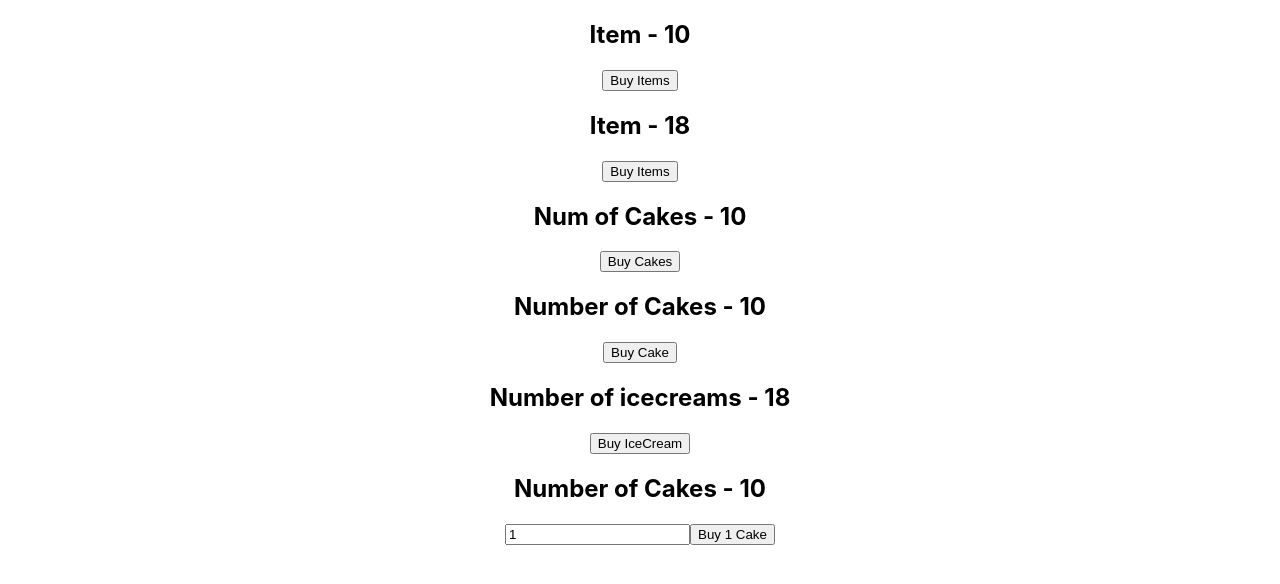
Repository: hardikaureate/react-redux-demo-axios
Page: /
These files come from the project's save history. The page is drawn as it stood at one moment and after the next save; the edit follows.
The browser window is 1280 px wide. The pictures show the whole page.
The project was rebuilt for these pictures with package versions that can differ from the ones it lists, and the page was loaded fresh each time.

Above is the page before, as saved 2020-11-04 18:20:02.

### src/App.js

import './App.css';
import { Provider } from 'react-redux'
import store from './redux/store'
import CakeContainer from './components/CakeContainer';
import HooksCakeContainer from './components/HooksCakeContainer';
import IceCreamContainer from './components/IceCreamContainer';
import NewCakeContainer from './components/NewCakeContainer';
import ItemContainer from './components/ItemContainer';

function App() {
  return (
    <Provider store={store}>
    <div className="App">
    <ItemContainer cake />
    <ItemContainer iceCream />
      <HooksCakeContainer />
      <CakeContainer />
      <IceCreamContainer />
      <NewCakeContainer />
    </div>
    </Provider>
  );
}

export default App;

### src/redux/store.js
import { createStore, applyMiddleware } from 'redux'
import logger from 'redux-logger'
import { composeWithDevTools } from 'redux-devtools-extension'
//import cakeReducer from './cake/cakeReducer'
import rootReducer from './rootReducer'

const store = createStore(rootReducer, composeWithDevTools(applyMiddleware(logger)))

export default store

### src/components/CakeContainer.js
import React from 'react'
import {connect} from 'react-redux'
import { buyCake } from '../redux'

function CakeContainer(props) {
    return (
        <div>
            <h2>Number of Cakes - {props.numOfCakes}</h2>
            <button onClick={props.buyCake}>Buy Cake</button>
        </div>
    )
}

const mapStateTOProps = state => {
    return{
        numOfCakes: state.cake.numOfCakes
    }
}

const mapDispatchToProps = dispatch => {
    return {
        buyCake: () => dispatch(buyCake())
    }
}

export default connect(mapStateTOProps, mapDispatchToProps)(CakeContainer)

### src/components/HooksCakeContainer.js
import React from 'react'
import { useSelector, useDispatch } from 'react-redux'
import { buyCake } from '../redux'

function HooksCakeContainer() {
    const numOfCakes =  useSelector(state => state.cake.numOfCakes)
    const dispatch = useDispatch()
    return (
        <div>
            <h2>Num of Cakes - {numOfCakes} </h2>
            <button onClick={() => dispatch(buyCake())}>Buy Cakes</button>
        </div>
    )
}

export default HooksCakeContainer

### src/components/IceCreamContainer.js
import React from 'react'
import {connect} from 'react-redux'
import { buyIceCream } from '../redux'

function IceCreamContainer(props) {
    return (
        <div>
            <h2>Number of icecreams - {props.numOfIceCreams}</h2>
            <button onClick={props.buyIceCream}>Buy IceCream</button>
        </div>
    )
}

const mapStateTOProps = state => {
    return{
        numOfIceCreams: state.iceCream.numOfIceCreams
    }
}

const mapDispatchToProps = dispatch => {
    return {
        buyIceCream: () => dispatch(buyIceCream())
    }
}

export default connect(mapStateTOProps, mapDispatchToProps)(IceCreamContainer)

### src/components/NewCakeContainer.js
import React, { useState } from 'react'
import {connect} from 'react-redux'
import { buyCake } from '../redux'

function NewCakeContainer(props) {
    const [number, setNumber] = useState(1)
    return (
        <div>
            <h2>Number of Cakes - {props.numOfCakes}</h2>
            <input type="text" value={number} onChange={(e) => setNumber(e.target.value)} />
            <button onClick={() => props.buyCake(number)}>Buy {number} Cake</button>
        </div>
    )
}

const mapStateTOProps = state => {
    return{
        numOfCakes: state.cake.numOfCakes
    }
}

const mapDispatchToProps = dispatch => {
    return {
        buyCake: number => dispatch(buyCake(number))
    }
}

export default connect(mapStateTOProps, mapDispatchToProps)(NewCakeContainer)

### src/components/ItemContainer.js
import React from 'react'
import {connect} from 'react-redux'
import { buyCake, buyIceCream } from '../redux'
//import { buyIceCream } from '../redux/IceCream/iceCreamActions'
function ItemContainer(props) {
    return (
        <div>
            <h2>Item - {props.item}</h2>
            <button onClick={props.buyItem}>Buy Items</button>
        </div>
    )
}

const mapStateToProps = (state, ownProps) =>{
    const itemState = ownProps.cake ? state.cake.numOfCakes : state.iceCream.numOfIceCreams

    return {
        item: itemState
    }
}


const mapDispatchToProps = (dispatch, ownProps) => {
    const dispatchFunction = ownProps.cake ? () => dispatch(buyCake()) : dispatch(buyIceCream())

    return {
        buyItem: dispatchFunction
    }
}
export default connect(mapStateToProps, mapDispatchToProps)(ItemContainer)

### src/redux/rootReducer.js
import { combineReducers } from 'redux'
import cakeReducer from './cake/cakeReducer'
import iceCreamReducer from './iceCream/iceCreamReducer'


const rootReducer = combineReducers({
    cake: cakeReducer,
    iceCream: iceCreamReducer
})

export default rootReducer

### src/redux/index.js
export { buyCake } from './cake/cakeActions'
export { buyIceCream } from './iceCream/iceCreamActions'

### src/redux/cake/cakeReducer.js
import {BUY_CAKE} from './cakeTypes'

const initialState = {
    numOfCakes: 10
}
const cakeReducer = (state = initialState, action) => {
    switch(action.type) {
        case BUY_CAKE: return {
            ...state,
            numOfCakes: state.numOfCakes - action.payload
        }
        default:return state
    }
}
export default cakeReducer

### src/redux/iceCream/iceCreamReducer.js
import {BUY_ICECREAM} from './iceCreamTypes'

const initialState = {
    numOfIceCreams: 20
}

const iceCreamReducer = (state = initialState, action) => {
    switch(action.type) {
        case BUY_ICECREAM: return{
            ...state,
            numOfIceCreams: state.numOfIceCreams - 1
        }
        default: return state
    }
}

export default iceCreamReducer

### src/redux/cake/cakeActions.js
import {BUY_CAKE} from './cakeTypes'

export const buyCake = (number = 1) => {
    return {
        type: BUY_CAKE,
        payload: number
    }
}

### src/redux/iceCream/iceCreamActions.js
import { BUY_ICECREAM } from './iceCreamTypes'

export const buyIceCream = () => {
  return {
    type: BUY_ICECREAM
  }
}

Loaded but not shown: public/index.html (common file); src/index.js (common file); src/index.css (common file); src/reportWebVitals.js (common file); src/App.css (common file); src/redux/cake/cakeTypes.js (common file); src/redux/IceCream/IceCreamTypes.js (common file)

After the next save:
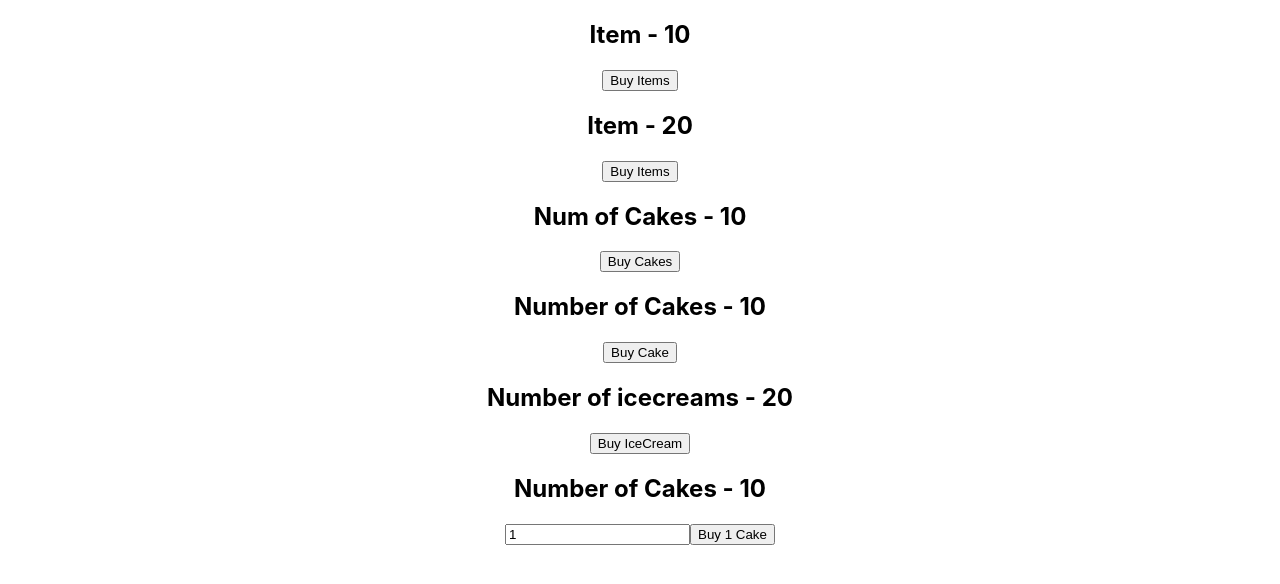
Saved 2 min 19 s later.
--- a/src/components/ItemContainer.js
+++ b/src/components/ItemContainer.js
@@ -21,7 +21,7 @@ const mapStateToProps = (state, ownProps) =>{
 
 
 const mapDispatchToProps = (dispatch, ownProps) => {
-    const dispatchFunction = ownProps.cake ? () => dispatch(buyCake()) : dispatch(buyIceCream())
+    const dispatchFunction = ownProps.cake ? () => dispatch(buyCake()) : () => dispatch(buyIceCream())
 
     return {
         buyItem: dispatchFunction
